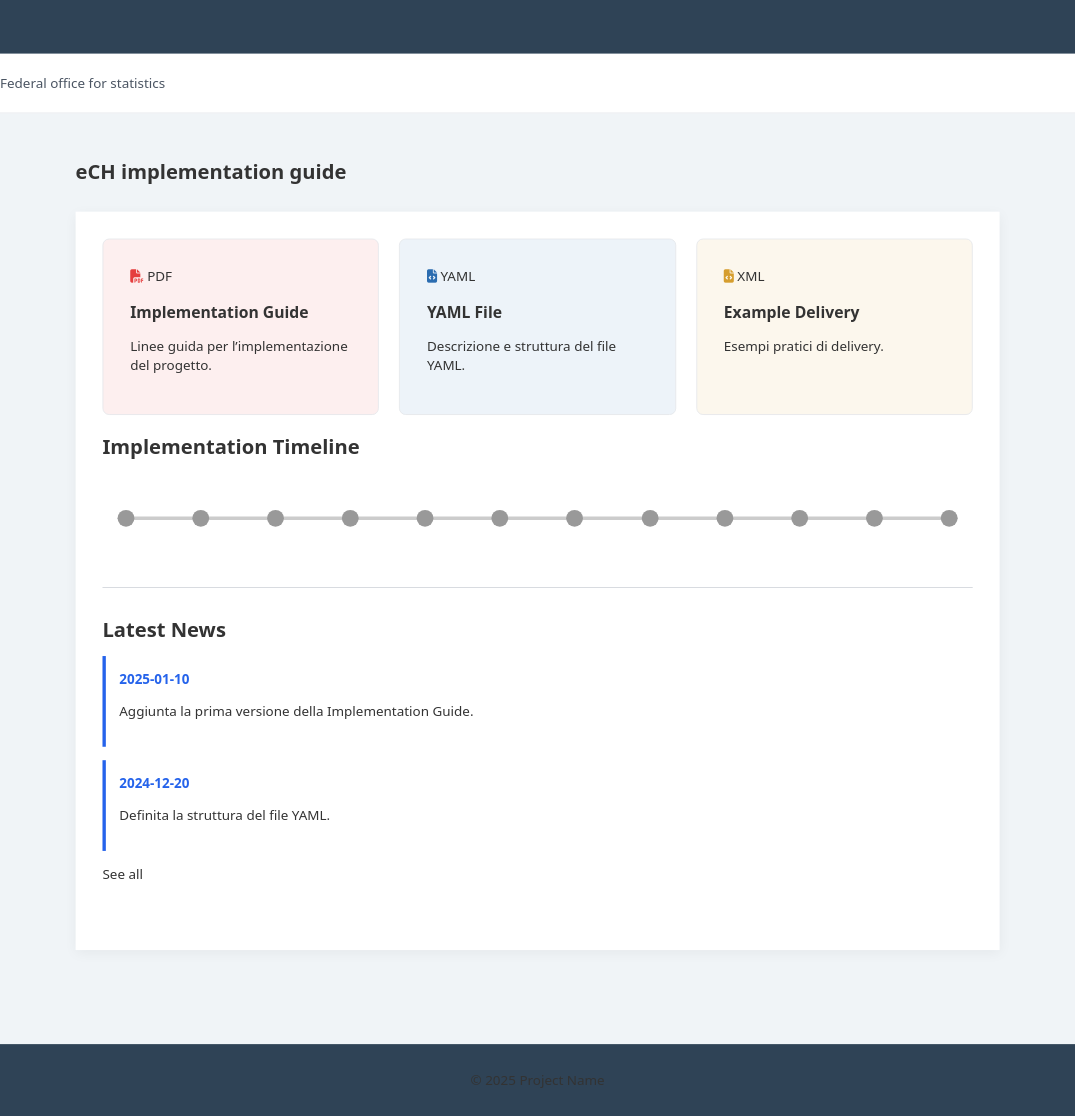
Repository: bfspoku/ech-0252-docs
Page: index.html
The author's editor kept a copy of each file at every save. The page is drawn from the files as they stood at one save, then again after the next save.
The browser window is 1280 px wide. The pictures show the whole page, at 84% of full size.

Above is the page before, as saved 2025-12-16 17:16:16.

### index.html
<!-- LINK FOR FONTS -->
<link rel="preconnect" href="https://fonts.googleapis.com">
<link rel="preconnect" href="https://fonts.gstatic.com" crossorigin>
<link href="https://fonts.googleapis.com/css2?family=Noto+Sans:ital,wght@0,400;0,600;0,700;1,400&display=swap" rel="stylesheet">
<!-- LINK FOR SVG -->
<link rel="stylesheet" href="https://cdnjs.cloudflare.com/ajax/libs/font-awesome/6.5.0/css/all.min.css">

<!DOCTYPE html>
<html lang="it">
<head>
  <meta charset="UTF-8">
  <title>eCH implementation guide</title>
  <link rel="stylesheet" href="css/style.css">
</head>
<body>

<header>

</header>

<section class="sub-banner">
      <p>Federal office for statistics</p>
</section>


<main>
    <h2>eCH implementation guide</h2>
    <section class = "wrapper">

        <!-- CARDS -->
        <section class="cards">
            <a class="card" href="implementation-guide.html" style="background-color: #e53e3e15;">
            <i class="fas fa-file-pdf" style="color:#E53E3E;"></i> PDF
            <h3>Implementation Guide</h3>
            <p>Linee guida per l’implementazione del progetto.</p>
            </a>

            <a class="card" href="yaml-file.html" style="background-color: #2b6bb015;">
            <i class="fas fa-file-code" style="color:#2B6CB0;"></i> YAML
            <h3>YAML File</h3>
            <p>Descrizione e struttura del file YAML.</p>
            </a>

            <a class="card" href="example-delivery.html" style="background-color: #D69E2E15;">
            <i class="fas fa-file-code" style="color:#D69E2E;"></i> XML
            <h3>Example Delivery</h3>
            <p>Esempi pratici di delivery.</p>
            </a>
        </section>

        <!-- INFORMATION -->
        <section class="information">

            <h2> Implementation Timeline<h2>

                <div class="timeline-container">
                    <div class="timeline-line"></div>

                    <div class="months">
                      <div class="month-point" title="Gennaio"></div>
                      <div class="month-point" title="Febbraio"></div>
                      <div class="month-point" title="Marzo"></div>
                      <div class="month-point" title="Aprile"></div>
                      <div class="month-point" title="Maggio"></div>
                      <div class="month-point" title="Giugno"></div>
                      <div class="month-point" title="Luglio"></div>
                      <div class="month-point" title="Agosto"></div>
                      <div class="month-point" title="Settembre"></div>
                      <div class="month-point" title="Ottobre"></div>
                      <div class="month-point" title="Novembre"></div>
                      <div class="month-point" title="Dicembre"></div>

                    </div>

                  </div>


                  <!-- Popup -->
                  <div class="popup" id="popup"></div>

                  <script src="js/script.js"></script>



            <div class="divider"></div>

            <h2>Latest News</h2>

            <ul class="updates">
            <li>
                <span class="date">2025-01-10</span>
                <p>Aggiunta la prima versione della Implementation Guide.</p>
            </li>
            <li>
                <span class="date">2024-12-20</span>
                <p>Definita la struttura del file YAML.</p>
            </li>
            </ul>
            <p>See all</p>
        </section>

    </section>

</main>

<footer>
  <p>© 2025 Project Name</p>
</footer>

</body>
</html>

### css/style.css
body {
    font-family: 'Noto Sans', system-ui, -apple-system, BlinkMacSystemFont,
    'Segoe UI', Roboto, Ubuntu, Cantarell, 'Helvetica Neue',
    Arial, sans-serif;
    margin: 0;
    background: #f0f4f7;
    color: #333;
  }

  header {
    background: #2f4356;
    color: white;
    padding: 2rem;
  }

  /* SUB-BANNER */
  .sub-banner {
    background-color: white;   /* bianco puro */
    padding: 1.5rem 0;         /* verticale */
    border-bottom: 1px solid #e5e7eb; /* linea di separazione */
  }

  .sub-banner h2 {
    margin: 0 0 0.5rem 0;
    font-weight: 600;
    color: #111827;
  }

  .sub-banner p {
    margin: 0;
    color: #4b5563;
    font-size: 16px;
  }

  main {
    padding: 2rem;
    max-width: 1100px;
    margin: auto;
  }

  h1, h2 {
    margin-bottom: 1rem;
  }

  .divider {
    width: 100%;             /* prende tutta la larghezza della wrapper o del container */
    height: 1px;             /* spessore della linea */
    background: #d1d5db;
    margin: 2rem 0;          /* spazio sopra e sotto */
    border: none;
  }

  /* Main wrapper for all the pages */
  .wrapper {
    max-width: 1100px;      /* larghezza massima */
    margin: 2rem auto;      /* centrato orizzontalmente, margine verticale */
    padding: 2rem;          /* spazio interno */
    background-color: #ffffff;  /* bianco-beige chiaro */
    box-shadow: 0 4px 15px rgba(0,0,0,0.05); /* leggero effetto profondità */
  }

  /* INFORMATION */
  .information {
    margin-bottom: 3rem;
  }

  .updates {
    list-style: none;
    padding: 0;
  }

  .updates li {
    background: white;
    padding: 1rem;
    border-left: 4px solid #2563eb;
    margin-bottom: 1rem;
  }

  .date {
    font-weight: bold;
    color: #2563eb;
  }

  /* CARDS */
  .cards {
    display: grid;
    grid-template-columns: repeat(auto-fit, minmax(250px, 1fr));
    gap: 1.5rem;
  }

  .card {
    background: #e4e5e7;
    padding: 2rem;
    text-decoration: none;
    color: inherit;
    border: 1px solid #e5e7eb;
    border-radius: 8px;
    transition: transform 0.2s, box-shadow 0.2s;
  }

  .card:hover {
    transform: translateY(-5px);
    box-shadow: 0 10px 20px rgba(0,0,0,0.1);
  }

  footer {
    text-align: center;
    padding: 1rem;
    background: #2f4356;
    margin-top: 3rem;
  }

  /* TIMELINE */
  .timeline-container {
    position: relative;
    width: 100%;
    max-width: 1000px;
    margin: auto;
    padding: 40px 0;
  }

  /* Linea orizzontale */
  .timeline-line {
    position: absolute;
    top: 50%;
    left: 0;
    width: 100%;
    height: 4px;
    background-color: #ccc;
    border-radius: 2px;
    transform: translateY(-50%);
  }

  /* Punti dei mesi */
  .months {
    display: flex;
    justify-content: space-between;
    position: relative;
    z-index: 1;
  }

  .month-point {
    width: 20px;
    height: 20px;
    background-color: #999; /* grigio */
    border-radius: 50%;
    position: relative;
    cursor: default;
  }

  .month-point:hover {
    background-color: #666; /* leggermente più scuro al passaggio del mouse */
  }

Loaded but not shown: js/script.js (no stored copy; drawn as an empty file)

After the next save:
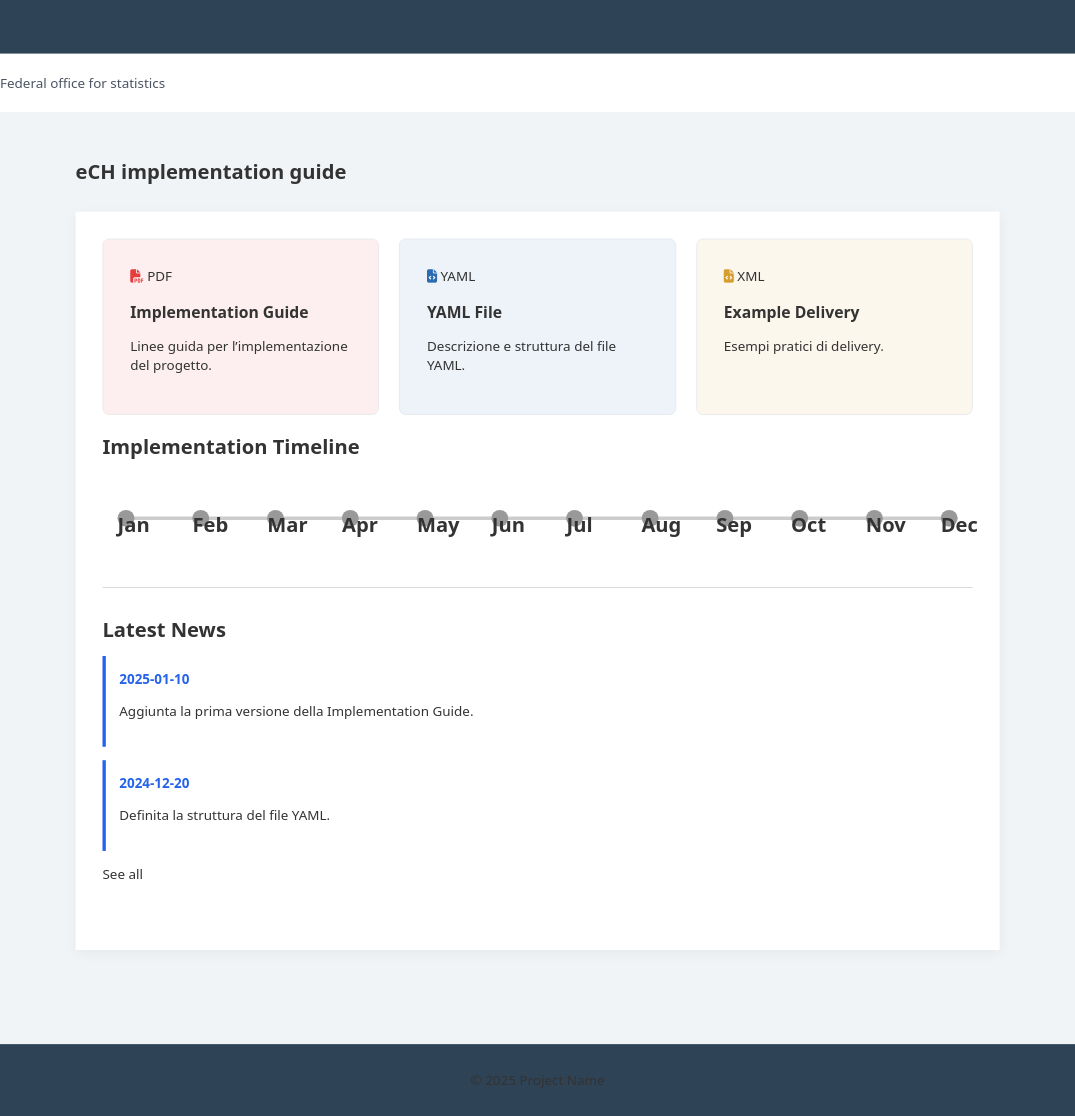
Saved 91 s later.
--- a/index.html
+++ b/index.html
@@ -57,21 +57,43 @@
                     <div class="timeline-line"></div>
 
                     <div class="months">
-                      <div class="month-point" title="Gennaio"></div>
-                      <div class="month-point" title="Febbraio"></div>
-                      <div class="month-point" title="Marzo"></div>
-                      <div class="month-point" title="Aprile"></div>
-                      <div class="month-point" title="Maggio"></div>
-                      <div class="month-point" title="Giugno"></div>
-                      <div class="month-point" title="Luglio"></div>
-                      <div class="month-point" title="Agosto"></div>
-                      <div class="month-point" title="Settembre"></div>
-                      <div class="month-point" title="Ottobre"></div>
-                      <div class="month-point" title="Novembre"></div>
-                      <div class="month-point" title="Dicembre"></div>
-
+                      <div class="month-point">
+                        <span class="month-label">Jan</span>
+                      </div>
+                      <div class="month-point">
+                        <span class="month-label">Feb</span>
+                      </div>
+                      <div class="month-point">
+                        <span class="month-label">Mar</span>
+                      </div>
+                      <div class="month-point">
+                        <span class="month-label">Apr</span>
+                      </div>
+                      <div class="month-point">
+                        <span class="month-label">May</span>
+                      </div>
+                      <div class="month-point">
+                        <span class="month-label">Jun</span>
+                      </div>
+                      <div class="month-point">
+                        <span class="month-label">Jul</span>
+                      </div>
+                      <div class="month-point">
+                        <span class="month-label">Aug</span>
+                      </div>
+                      <div class="month-point">
+                        <span class="month-label">Sep</span>
+                      </div>
+                      <div class="month-point">
+                        <span class="month-label">Oct</span>
+                      </div>
+                      <div class="month-point">
+                        <span class="month-label">Nov</span>
+                      </div>
+                      <div class="month-point">
+                        <span class="month-label">Dec</span>
+                      </div>
                     </div>
-
                   </div>
 
 
